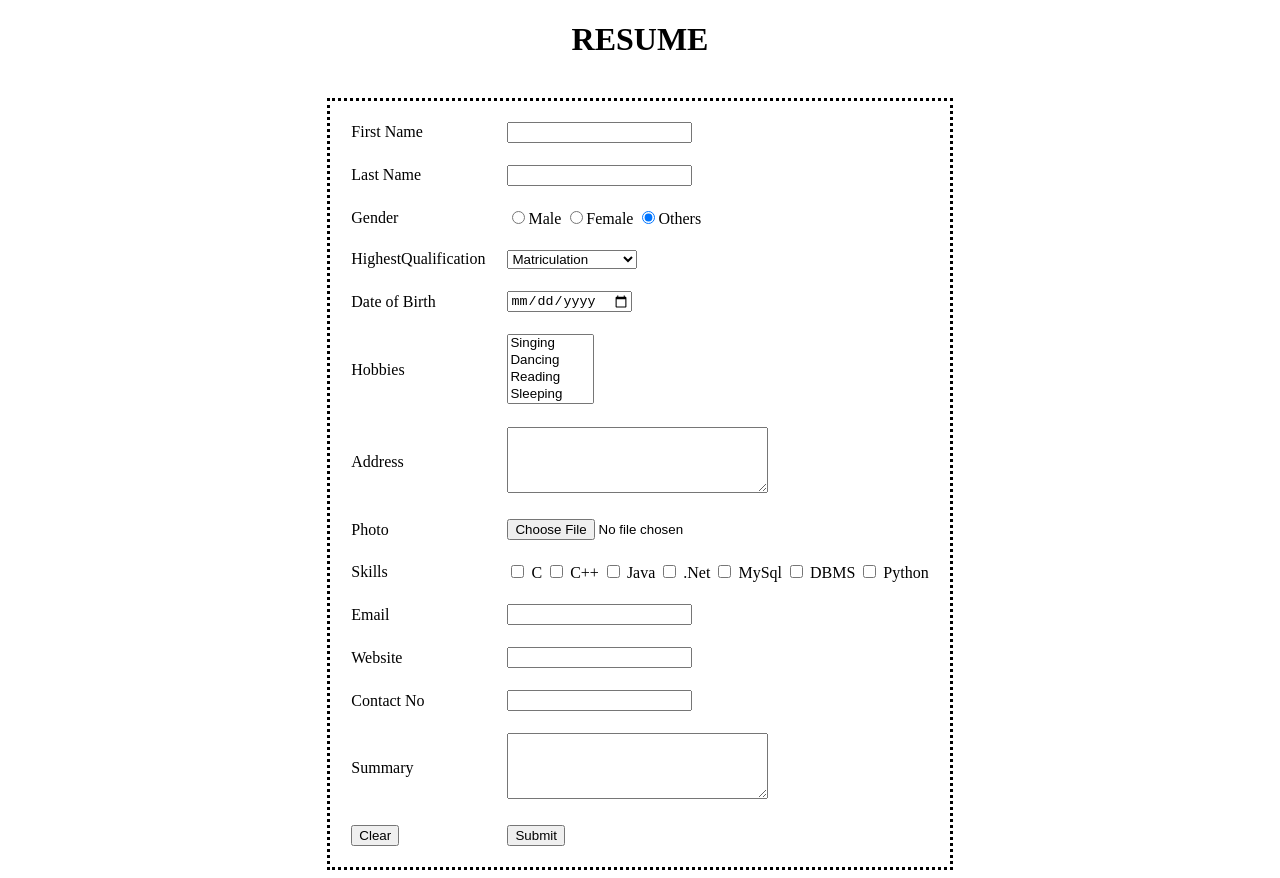
Repository: Rccalfa123/JEE
Page: MyFirstServlet/WebContent/Resume.html
These files come from the project's save history. The page is drawn as it stood at one moment and after the next save; the edit follows.
The browser window is 1280 px wide. The pictures show the whole page.

Above is the page before, as saved 2018-08-07 13:52:49.

After the next save:
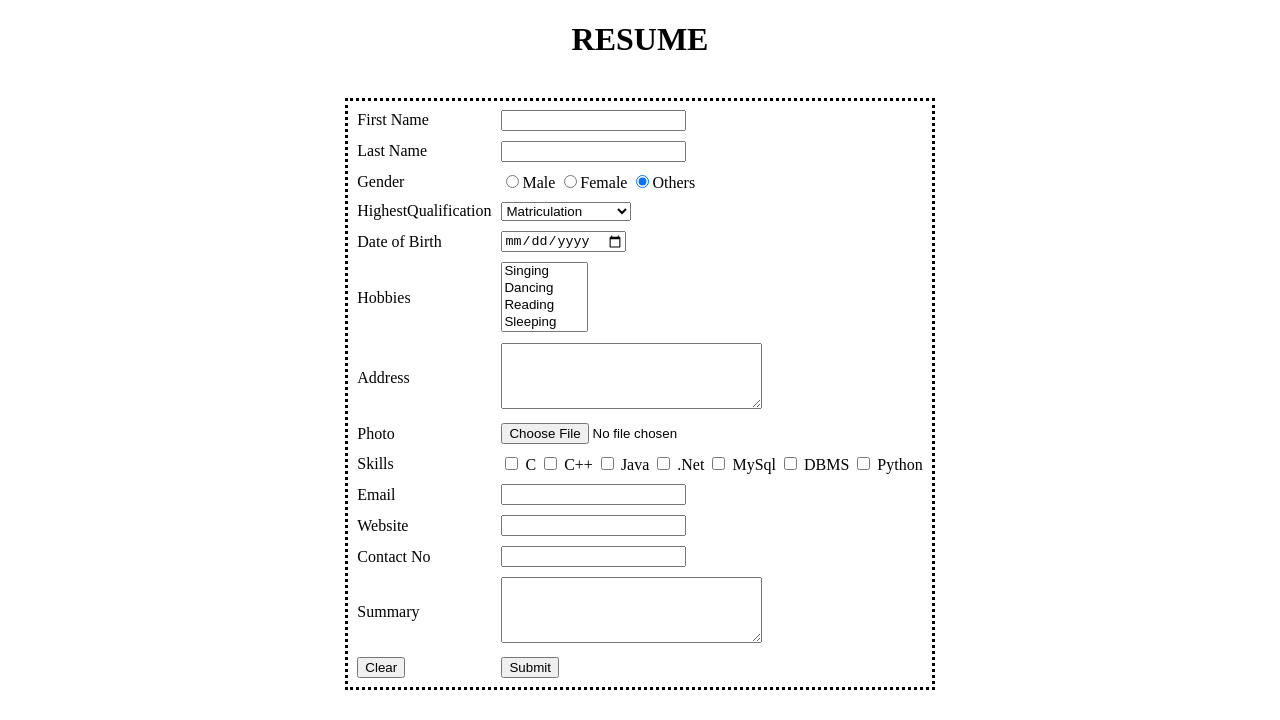
Saved 15 s later.
--- a/MyFirstServlet/WebContent/Resume.html
+++ b/MyFirstServlet/WebContent/Resume.html
@@ -16,7 +16,7 @@ table{
 <body>
    <form action="MyServlet" method="get">
    <h1 align="center"> RESUME </h1><br>
-  <table align="center" cellspacing="20">
+  <table align="center" cellspacing="8">
    <tr><td>First Name </td><td><input type="text" name="fname"></td></tr>
 
    <tr><td>Last Name</td> <td> <input type="text" name="lname"></td></tr>
